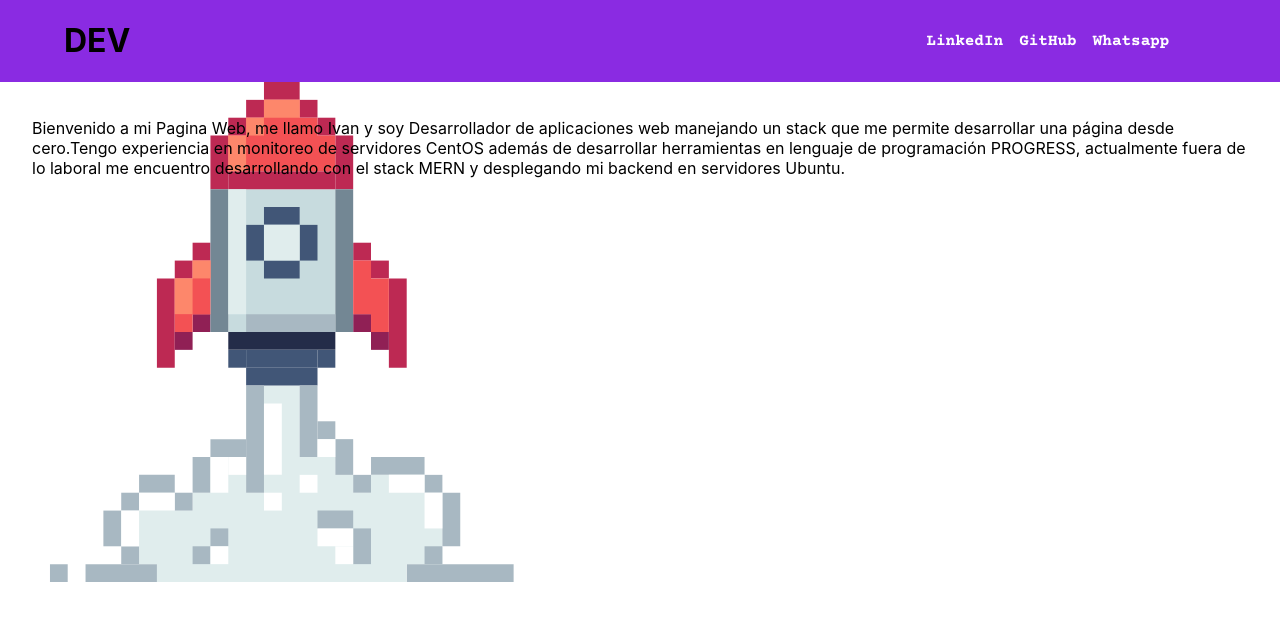
Repository: FxIvan/myweb
Page: /
An editor plug-in stored every save of this project. The page is shown before and after the next save, followed by the edit.
The browser window is 1280 px wide. The pictures show the whole page.
The project was rebuilt for these pictures with package versions that can differ from the ones it lists, and the page was loaded fresh each time.

Above is the page before, as saved 2022-11-02 11:43:57.

### public/index.html
<!DOCTYPE html>
<html lang="en">
  <head>
    <meta charset="utf-8" />
    <link rel="icon" href="%PUBLIC_URL%/favicon.ico" />
    <meta name="viewport" content="width=device-width, initial-scale=1" />
    <meta name="theme-color" content="#000000" />
    <meta
      name="description"
      content="Web site created using create-react-app"
    />
    <link rel="apple-touch-icon" href="%PUBLIC_URL%/logo192.png" />
    <!--
      manifest.json provides metadata used when your web app is installed on a
      user's mobile device or desktop. See https://developers.google.com/web/fundamentals/web-app-manifest/
    -->
    <link rel="manifest" href="%PUBLIC_URL%/manifest.json" />
    <!--
      Notice the use of %PUBLIC_URL% in the tags above.
      It will be replaced with the URL of the `public` folder during the build.
      Only files inside the `public` folder can be referenced from the HTML.

      Unlike "/favicon.ico" or "favicon.ico", "%PUBLIC_URL%/favicon.ico" will
      work correctly both with client-side routing and a non-root public URL.
      Learn how to configure a non-root public URL by running `npm run build`.
    -->
    <title>My Web |Almendra Ivan 2022</title>
    <!--FONTS GOOGLE-->
    <link rel="preconnect" href="https://fonts.googleapis.com">
    <link rel="preconnect" href="https://fonts.gstatic.com" crossorigin>
    <link href="https://fonts.googleapis.com/css2?family=Courier+Prime:wght@700&display=swap" rel="stylesheet">
  </head>
  <body>
    <noscript>You need to enable JavaScript to run this app.</noscript>
    <div id="root"></div>
    <!--
      This HTML file is a template.
      If you open it directly in the browser, you will see an empty page.

      You can add webfonts, meta tags, or analytics to this file.
      The build step will place the bundled scripts into the <body> tag.

      To begin the development, run `npm start` or `yarn start`.
      To create a production bundle, use `npm run build` or `yarn build`.
    -->
  </body>
</html>

### src/index.js
import React from 'react';
import ReactDOM from 'react-dom/client';
import './index.css';
import App from './App';
import reportWebVitals from './reportWebVitals';
import { BrowserRouter } from 'react-router-dom';


const root = ReactDOM.createRoot(document.getElementById('root'));
root.render(
  <React.StrictMode>
    <App />
  </React.StrictMode>
);

// If you want to start measuring performance in your app, pass a function
// to log results (for example: reportWebVitals(console.log))
// or send to an analytics endpoint. Learn more: https://bit.ly/CRA-vitals
reportWebVitals();

### src/App.js
import { Routes, Route, HashRouter} from "react-router-dom";
import { Header } from "./component/header/header";

function App() {
  return (
    <HashRouter>
    <Routes>
        <Route path="/" element={<Header/>} />
    </Routes>
    </HashRouter>
  );
}

export default App;

### src/component/header/header.js
import React from 'react'
import '../css/header.css'
import { Section1 } from '../section1/section1'


export const Header = () =>{
    return(
        <div>
        <header>
            <div className='container-header'>
                <div className='subcontainer-header'>
                    <div className='container-header-logo'>
                        <h1>DEV</h1>
                    </div>
                    <div className='container-header-link'>
                        <ul>
                            <li><a href='https://www.linkedin.com/in/devalmendra/' target='_blanck'>LinkedIn</a></li>
                            <li><a href='https://github.com/FxIvan' target='_blanck'>GitHub</a></li>
                            <li><a href='https://api.whatsapp.com/send/?phone=541136887781&text&type=phone_number&app_absent=0' target='_blanck'>Whatsapp</a></li>
                        </ul>
                    </div>
                </div>
            </div>
        </header>
        <section>
            <div>
                <Section1/>
            </div>
        </section>
        </div>
    )
}

### src/component/css/header.css
header{
    background-color: blueviolet;
}

.container-header{
    margin: auto;
}

.subcontainer-header{
    display: flex;
    width: 90%;
    margin: auto;
    align-items: center;
}

.container-header-logo{
    width: 70%;
}
.container-header-link{
    width: 30%;
}
.container-header-link ul, a{
    display: flex;
    text-decoration: none;
    list-style: none;
    font-family: 'Courier Prime', monospace;
    font-weight: bolder;
    font-size: 16px;
    color: white;
}

.container-header-link ul li{
    margin-left: 1rem;
}

.container-presentacion{
    width: 95%;
    margin: auto;
    height: 20vh;
}

.pesentacion-img{
    height: 100%;
    height: 20px;
}

.presentacion-text{
    height: 100%;
}

@media only screen and (max-width: 700px) {
    .container-header{

    }
    .subcontainer-header{

    }
    .container-header-logo{

    }
    .container-header-link{

    }
}

### src/component/section1/section1.js
import React from 'react'
import cohete from '../../media/img/coheteSection.svg'


export const Section1 = () =>{
    return(
        <div>
            <div className='container-presentacion'>
                <div className='pesentacion-img'>
                    <img src={cohete}/>
                </div>
                <div className='presentacion-text'>
                    <div>
                        <p>Bienvenido a mi Pagina Web, me llamo Ivan y soy Desarrollador de aplicaciones web manejando un stack que me permite desarrollar una página desde cero.Tengo experiencia en monitoreo de servidores CentOS además de desarrollar herramientas en lenguaje de programación PROGRESS, actualmente fuera de lo laboral me encuentro desarrollando con el stack MERN y desplegando mi backend en servidores Ubuntu. </p>
                    </div>
                </div>
            </div>
        </div>
    )
}

Loaded but not shown: src/index.css (common file); src/reportWebVitals.js (common file)

After the next save:
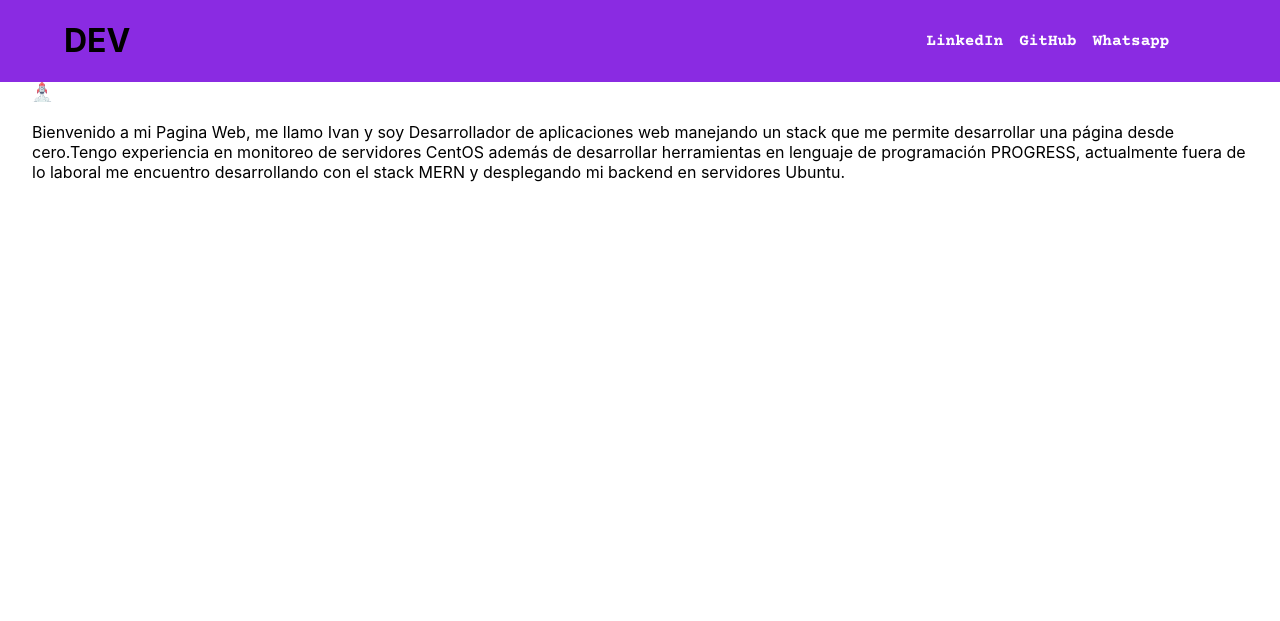
Saved 8 s later.
--- a/src/component/css/header.css
+++ b/src/component/css/header.css
@@ -39,7 +39,7 @@
     height: 20vh;
 }
 
-.pesentacion-img{
+.pesentacion-img img{
     height: 100%;
     height: 20px;
 }
